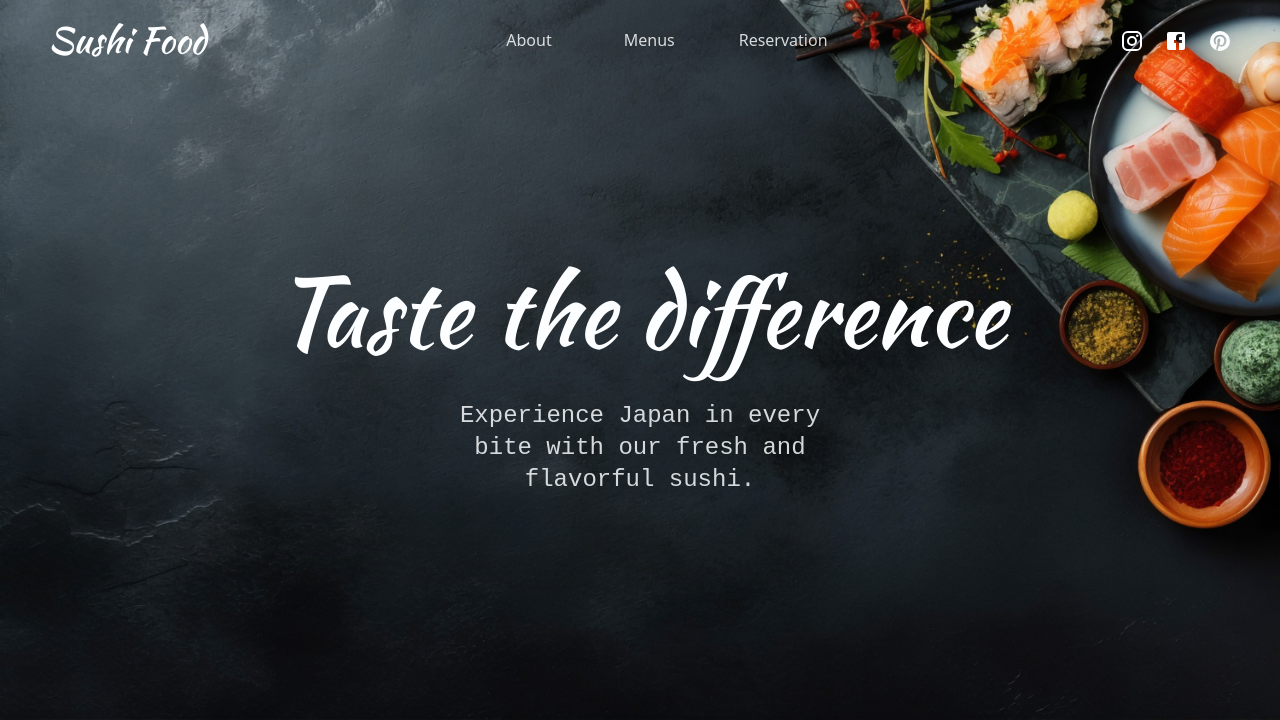
Repository: Adrien-legeleu/sushi-food
Page: /
An editor plug-in stored every save of this project. The page is shown before and after the next save, followed by the edit.
The browser window is 1280 px wide. The pictures show the whole page.
Some web fonts or font styles are not loaded; a fallback is used. The project was rebuilt for these pictures with package versions that can differ from the ones it lists, and the page was loaded fresh each time. Also part of the build but not shown: vite.config.ts.

Above is the page before, as saved 2024-04-28 20:18:41.

### src/App.tsx
import { Header, Landing } from "./Components"

const App =()=> {
  return (
    <div className="bg-greenBlack h-full w-full">
      <Header/>
      <Landing/>
    </div>
  )
}

export default App

### src/index.css
@import url('https://fonts.googleapis.com/css2?family=Kaushan+Script&family=Nanum+Gothic+Coding&display=swap');

@tailwind base;
@tailwind components;
@tailwind utilities;

*{
    margin: 0;
    padding: 0;
    box-sizing: border-box;
}

### src/Components/index.ts
export * from "./Landing";
export * from "./Header";

### src/Components/Landing.tsx
export const Landing =()=>{
    return(
        <div className="h-screen w-full bg-[url('././assets/mainfond.jpg')] bg-cover bg-center-top flex items-center justify-center flex-col gap-10 pt-10">
            <h1 className="font-title text-whiteTitle text-8xl">Taste the difference</h1>
            <p className="text-whiteText font-text text-2xl text-center w-1/3">Experience Japan in every bite with our fresh and flavorful sushi.</p>
        </div>
    )
}

### src/Components/Header.tsx
import InstagramIcon from '@mui/icons-material/Instagram';
import FacebookIcon from '@mui/icons-material/Facebook';
import PinterestIcon from '@mui/icons-material/Pinterest';
export const Header =()=>{
    return (
        <div className='fixed h-20 w-full max-w-[1400px] top-0 left-1/2 -translate-x-1/2 flex justify-between items-center pl-12 pr-12'>
            <h2 className='font-title text-4xl text-whiteTitle'>Sushi Food</h2>
            <ul className='flex items-center gap-16 justify-between text-whiteText '>
                <li className='cursor-pointer hover:scale-125 duration-300 hover:bg-green rounded-full p-2 pt-1 pb-1'>About</li>
                <li>Menus</li>
                <li>Reservation</li>
            </ul>
            <ul className='flex items-center justify-between gap-5 text-whiteTitle'>
                <li>
                    <InstagramIcon/>


                </li>
                <li> <FacebookIcon/></li>
                <li><PinterestIcon/></li>
            </ul>
        </div>
    )
}

### tailwind.config.js
/** @type {import('tailwindcss').Config} */
export default {
  content: ["./index.html", "./src/**/*.{js,ts,jsx,tsx}"],
  theme: {
    extend: {
      backgroundColor: {
        greenBlack: "#0B1517",
      },
      colors: {
        green: "#A6977C",
        whiteTitle: "#FCFEFF",
        whiteText: "#FCFEFFD5",
      },
    },
    fontFamily: {
      title: ["Kaushan Script", "cursive"],
      text: ["Nanum Gothic Coding", "monospace"],
    },
  },
  plugins: [],
};

Loaded but not shown: index.html (common file); src/main.tsx (common file)

After the next save:
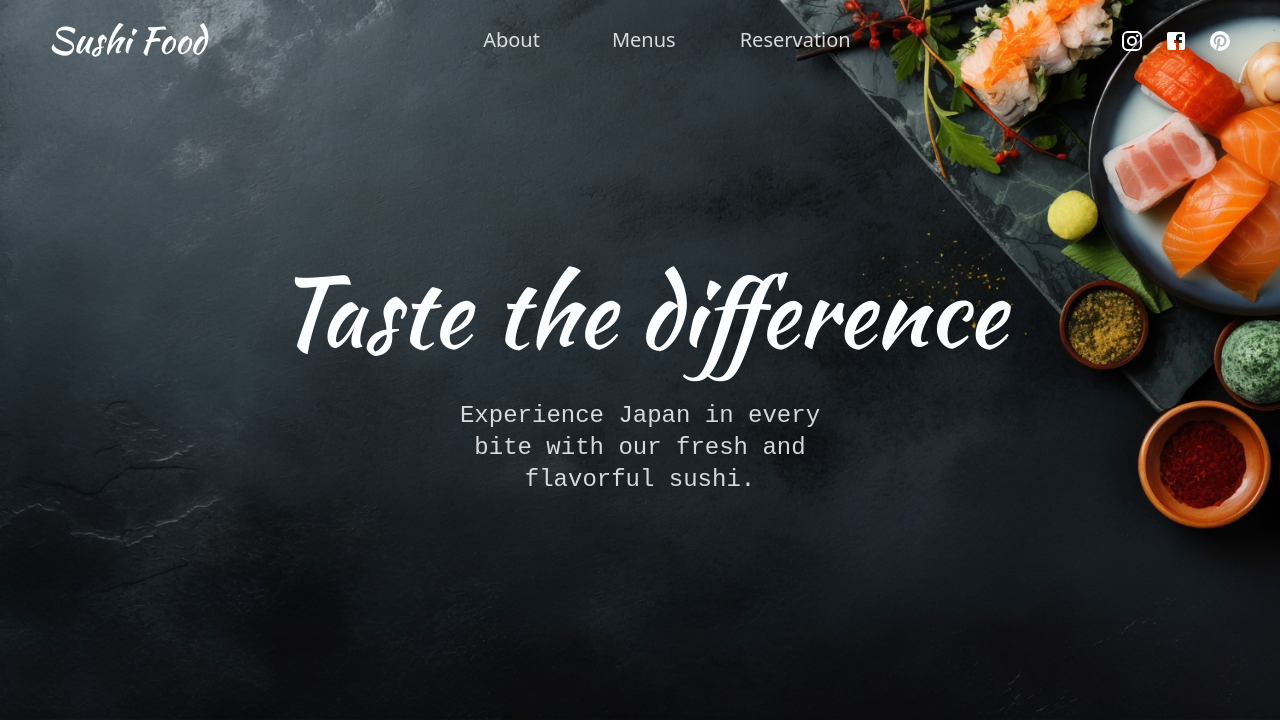
Saved 7 s later.
--- a/src/Components/Header.tsx
+++ b/src/Components/Header.tsx
@@ -5,7 +5,7 @@ export const Header =()=>{
     return (
         <div className='fixed h-20 w-full max-w-[1400px] top-0 left-1/2 -translate-x-1/2 flex justify-between items-center pl-12 pr-12'>
             <h2 className='font-title text-4xl text-whiteTitle'>Sushi Food</h2>
-            <ul className='flex items-center gap-16 justify-between text-whiteText '>
+            <ul className='flex items-center gap-16 justify-between text-whiteText text-xl'>
                 <li className='cursor-pointer hover:scale-125 duration-300 hover:bg-green rounded-full p-2 pt-1 pb-1'>About</li>
                 <li>Menus</li>
                 <li>Reservation</li>
